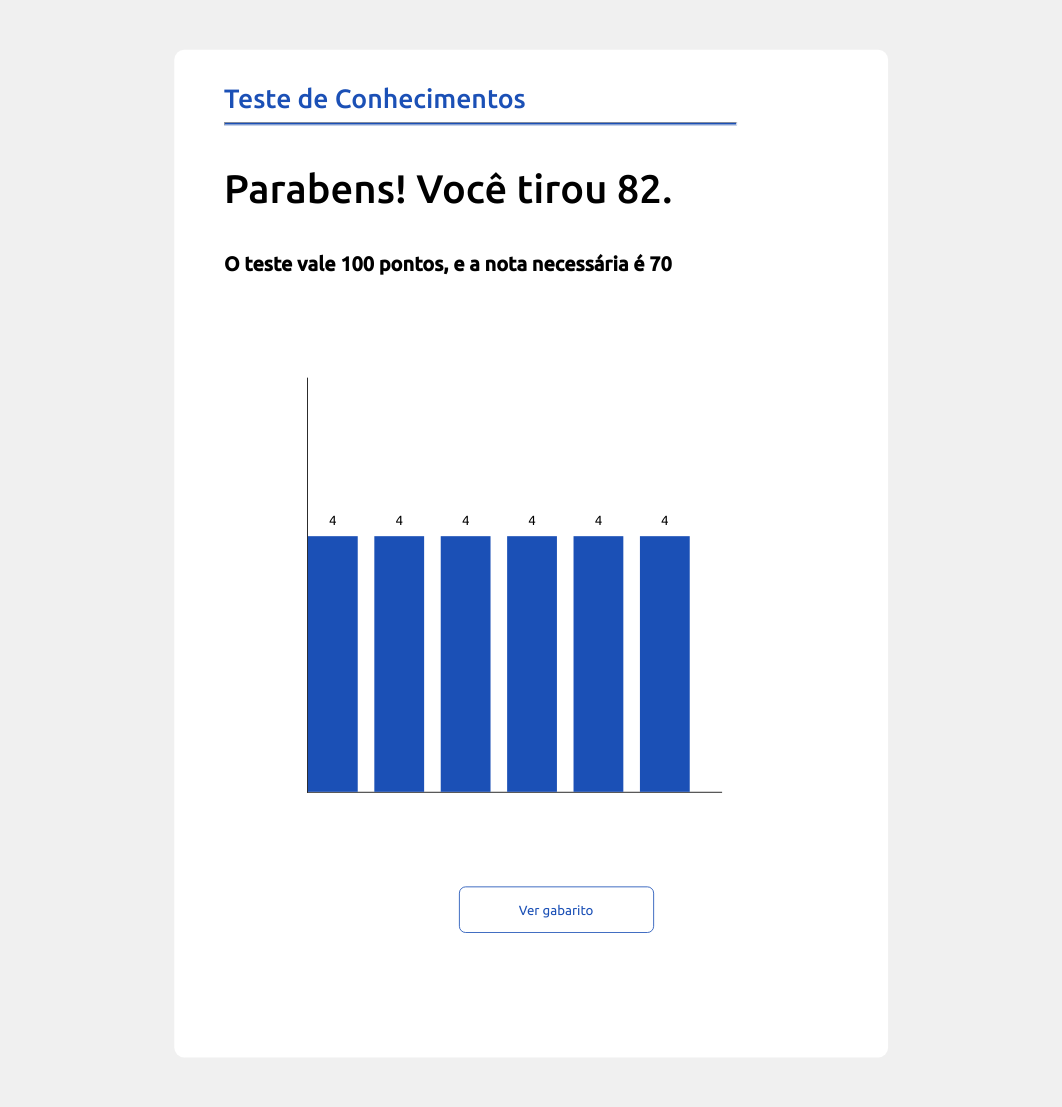
Repository: Delei09/desafioPerguntas
Page: /resultado (app in frontend/)
An editor plug-in stored every save of this project. The page is shown before and after a run of saves, followed by the edit.
The browser window is 1280 px wide. The pictures show the whole page, at 83% of full size.
The project was rebuilt for these pictures with package versions that can differ from the ones it lists, and the page was loaded fresh each time. A package was used in the major version that the imports need, not the one package.json lists. Also part of the build but not shown: frontend/src/styles/home.scss, frontend/src/page/Home.tsx, frontend/src/styles/gabarito.scss, frontend/src/page/Gabarito.tsx.

Above is the page before, as saved 2021-08-19 08:44:44.

After the next 3 saves:
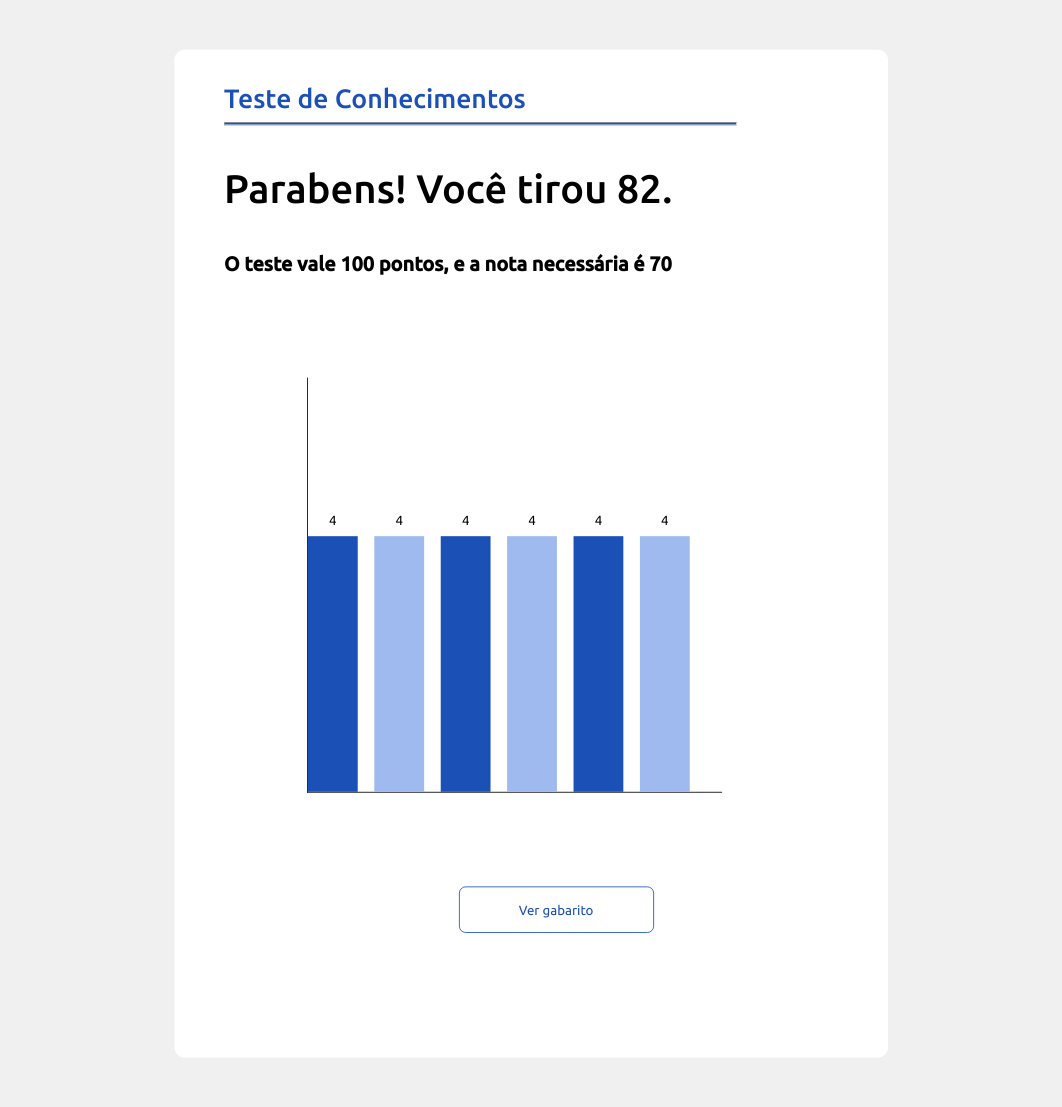
The 3 saves are shown as one change because 2 did not build or start.
The last was saved 41 s later.
--- a/frontend/src/page/Resultado.tsx
+++ b/frontend/src/page/Resultado.tsx
@@ -15,7 +15,7 @@ console.log(respGeo, respHis, respMat)
 
 const respGraficoMat = {
     width: '60px',
-    'background-color': '#1B50B6',
+    'background-color': '#9EBAEF' ,
     height: '308px'
 }
  return(
